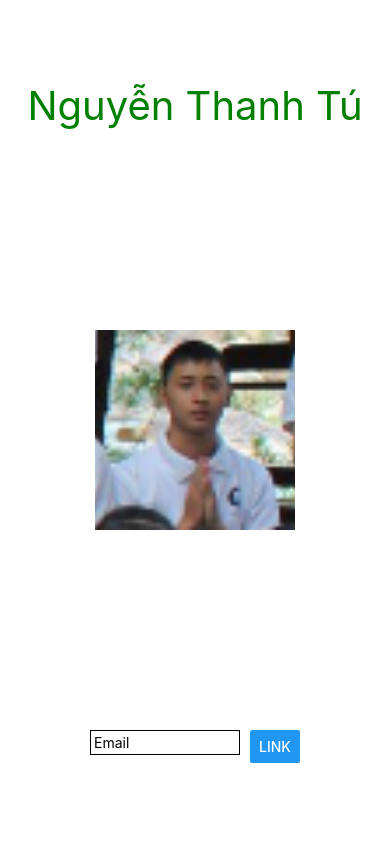
Repository: ntu34543/ReactNativeAndroid
Screen: /
These files come from the project's save history. The screen is drawn as it stood at one moment and after the next save; the edit follows.
The app was drawn by React Native's web renderer in a window 390 px wide. The project was rebuilt for these pictures with package versions that can differ from the ones it lists, and the page was loaded fresh each time.

Above is the screen before, as saved 2022-09-23 16:59:19.

### App.js
import { StatusBar } from "expo-status-bar";
import { StyleSheet, Text, View, Button, Image, TextInput, FlatList } from "react-native";

export default function App() {
  return (
    <View style={styles.container}>
      <Text style={styles.text}>Nguyễn Thanh Tú</Text>
      <Image style={styles.image} source={require("./assets/tu.png")} />
      <View style={styles.body}>
        <View>
          <TextInput style={styles.TextInput} placeholder="Email" />
        </View>
        <View style={styles.btn}>
          <Button title="Link" />
        </View>
      </View>
      <StatusBar style="auto" />
    </View>
  );
}

const styles = StyleSheet.create({
  container: {
    flex: 1,
    backgroundColor: "#fff",
    alignItems: "center",
    justifyContent: "center",
  },
  body: {
    display: "flex",
    flexDirection: "row",
  },
  TextInput: {
    padding: 3,
    borderWidth: 1,
    borderColor: "black",
    width: 150,
  },
  btn: {
    width: 50,
    marginLeft: 10,
  },
  text: {
    fontSize: 40,
    color: 'green',
  },
  image: {
    margin: 200,
    width: 200,
    height: 200,
  }
});

After the next save:
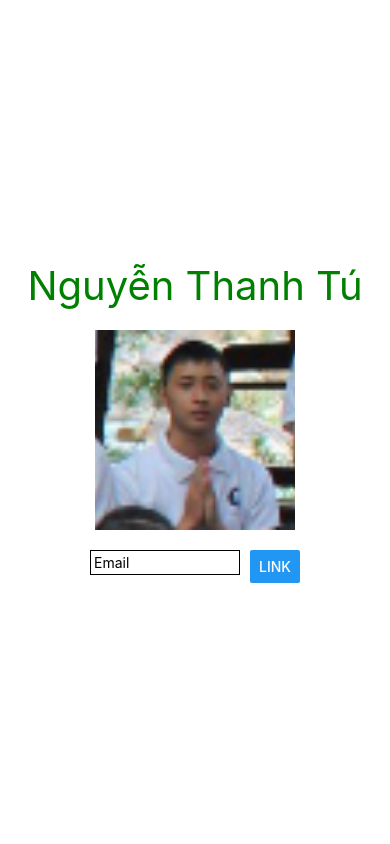
Saved 6 s later.
--- a/App.js
+++ b/App.js
@@ -45,7 +45,7 @@ const styles = StyleSheet.create({
     color: 'green',
   },
   image: {
-    margin: 200,
+    margin: 20,
     width: 200,
     height: 200,
   }
